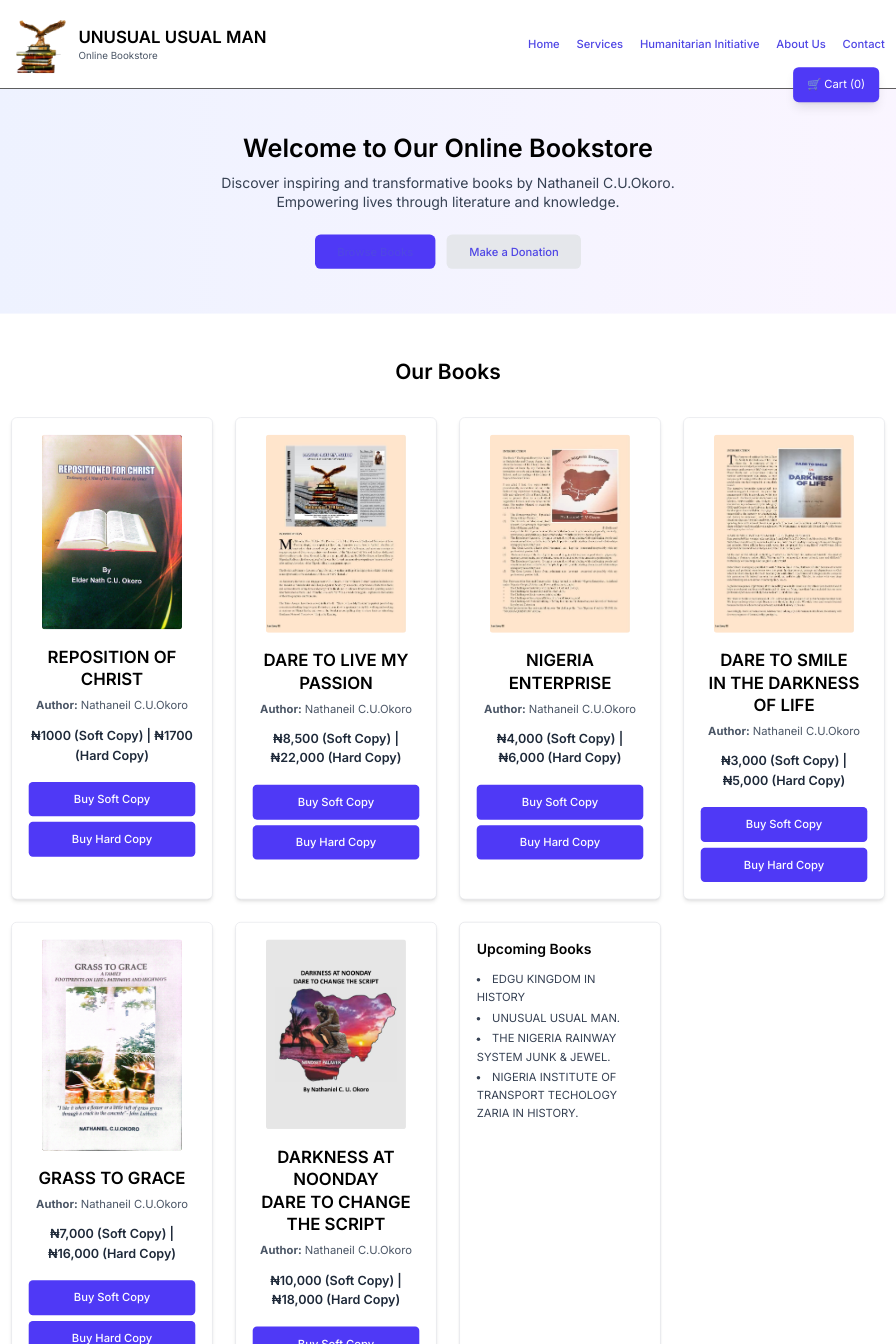
Repository: Rickyy1017/online-bookstore
Page: / (app in frontend/)
These files come from the project's save history. The page is drawn as it stood at one moment and after the next save; the edit follows.
The browser window is 1280 px wide. The pictures show the part of the page from y = 0 to 1920 px (the page is 3588 px tall), at 70% of full size.
The project was rebuilt for these pictures with package versions that can differ from the ones it lists, and the page was loaded fresh each time. The framework's server and built-in components were replaced by stand-ins that run in the browser. Also part of the build but not shown: frontend/next.config.ts.

Above is the page before, as saved 2025-10-09 23:37:33.

After the next save:
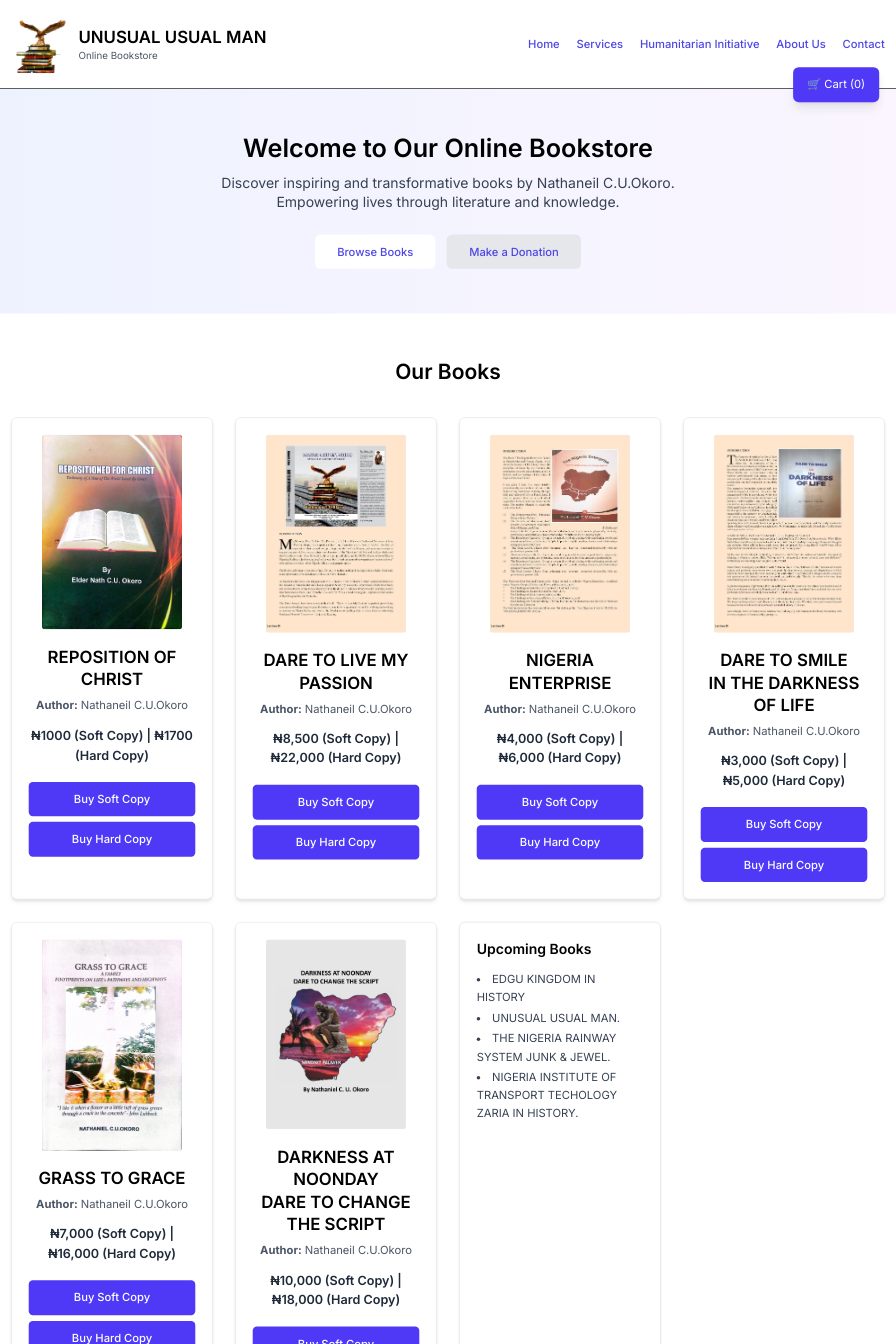
Saved 5 min 41 s later.
--- a/frontend/app/page.tsx
+++ b/frontend/app/page.tsx
@@ -59,7 +59,7 @@
           <h2 className="text-3xl md:text-4xl font-bold text-gray-900 mb-4">Welcome to Our Online Bookstore</h2>
           <p className="text-lg md:text-xl text-gray-700 mb-8 max-w-2xl mx-auto">Discover inspiring and transformative books by Nathaneil C.U.Okoro. Empowering lives through literature and knowledge.</p>
           <div className="flex justify-center space-x-4">
-            <Link href="#books" className="bg-indigo-600 text-white px-8 py-3 rounded-lg hover:bg-indigo-700 transition-colors font-medium">Browse Books</Link>
+            <Link href="#books" className="bg-white text-gray-800 px-8 py-3 rounded-lg hover:bg-gray-100 transition-colors font-medium">Browse Books</Link>
             <Link href="/donate" className="bg-gray-200 text-gray-800 px-8 py-3 rounded-lg hover:bg-gray-300 transition-colors font-medium">Make a Donation</Link>
           </div>
         </div>

After the save that followed:
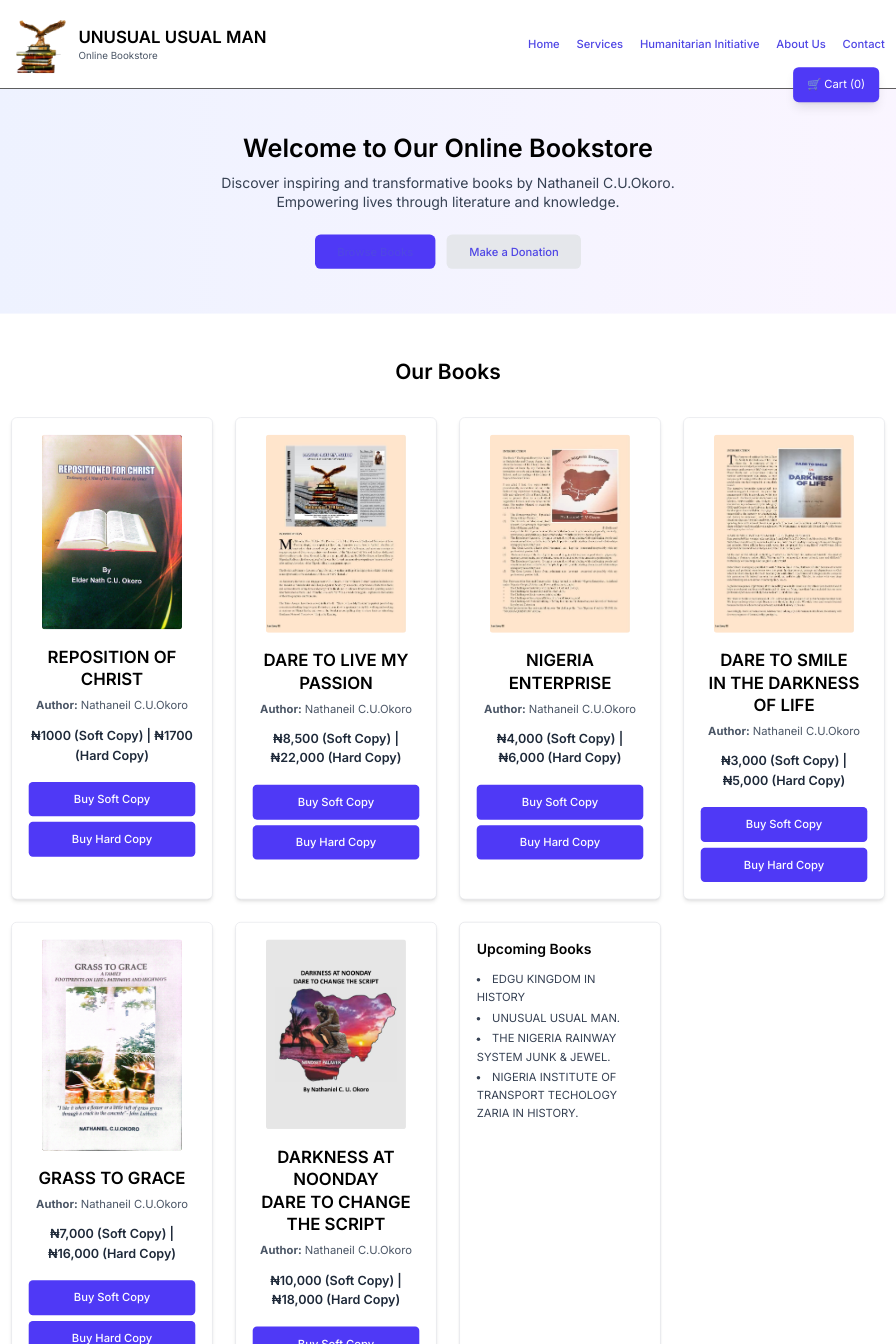
Saved 24 s later.
--- a/frontend/app/page.tsx
+++ b/frontend/app/page.tsx
@@ -59,7 +59,7 @@
           <h2 className="text-3xl md:text-4xl font-bold text-gray-900 mb-4">Welcome to Our Online Bookstore</h2>
           <p className="text-lg md:text-xl text-gray-700 mb-8 max-w-2xl mx-auto">Discover inspiring and transformative books by Nathaneil C.U.Okoro. Empowering lives through literature and knowledge.</p>
           <div className="flex justify-center space-x-4">
-            <Link href="#books" className="bg-white text-gray-800 px-8 py-3 rounded-lg hover:bg-gray-100 transition-colors font-medium">Browse Books</Link>
+            <Link href="#books" className="bg-indigo-600 text-white px-8 py-3 rounded-lg hover:bg-indigo-700 transition-colors font-medium">Browse Books</Link>
             <Link href="/donate" className="bg-gray-200 text-gray-800 px-8 py-3 rounded-lg hover:bg-gray-300 transition-colors font-medium">Make a Donation</Link>
           </div>
         </div>
